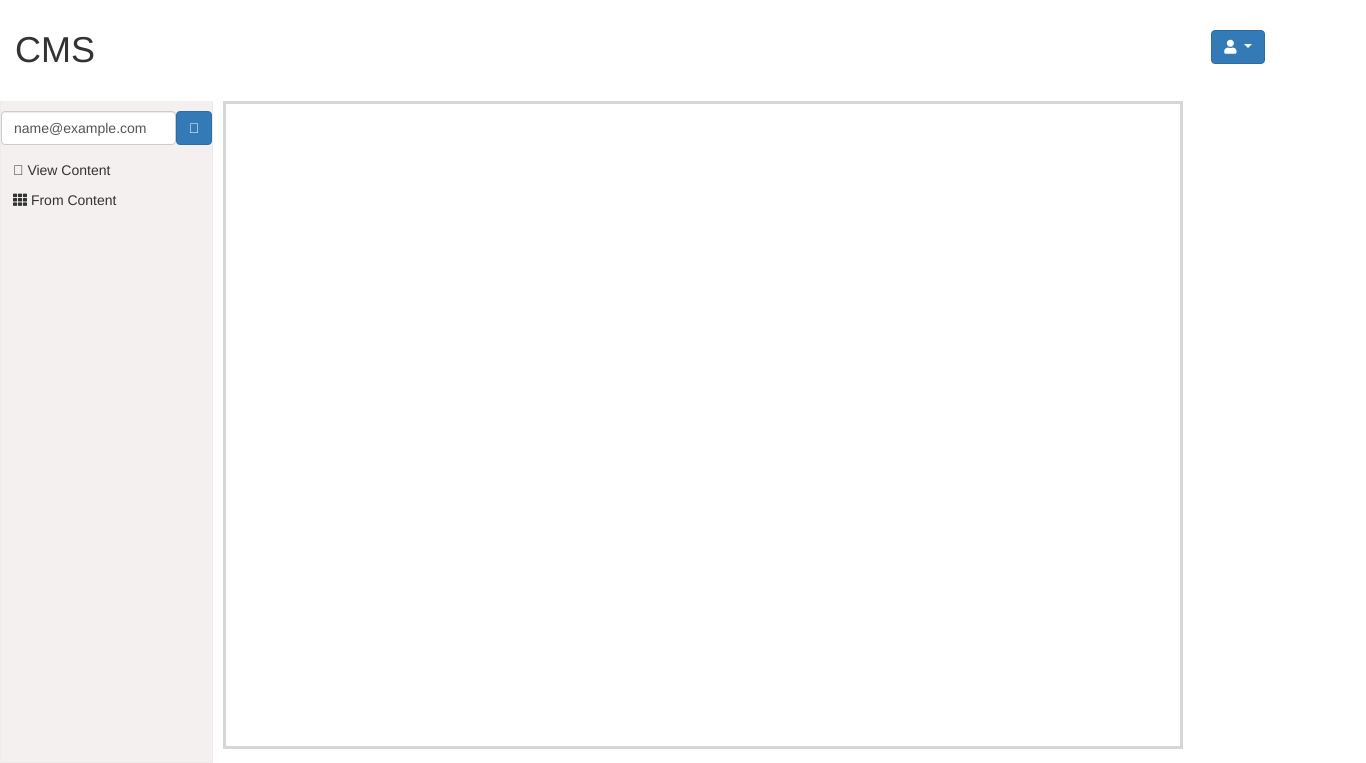
Repository: NgocNB20/travel
Page: NgocNb20_assigment8_9/view.html
An editor plug-in stored every save of this project. The page is shown before and after the next save, followed by the edit.
The browser window is 1280 px wide. The page is 1280 px wide, then 1366 px, so the pictures cover 1366 px, including what lies to the right of the window. The pictures show the whole page.
Empty fields were first filled with sample values (such as "Sample", 5 or name@example.com).
After loading, the first visible `span.nav-link` was clicked once.
Some web libraries are served in a nearby version.

Above is the page before, as saved 2021-10-12 17:51:32.

After the next save:
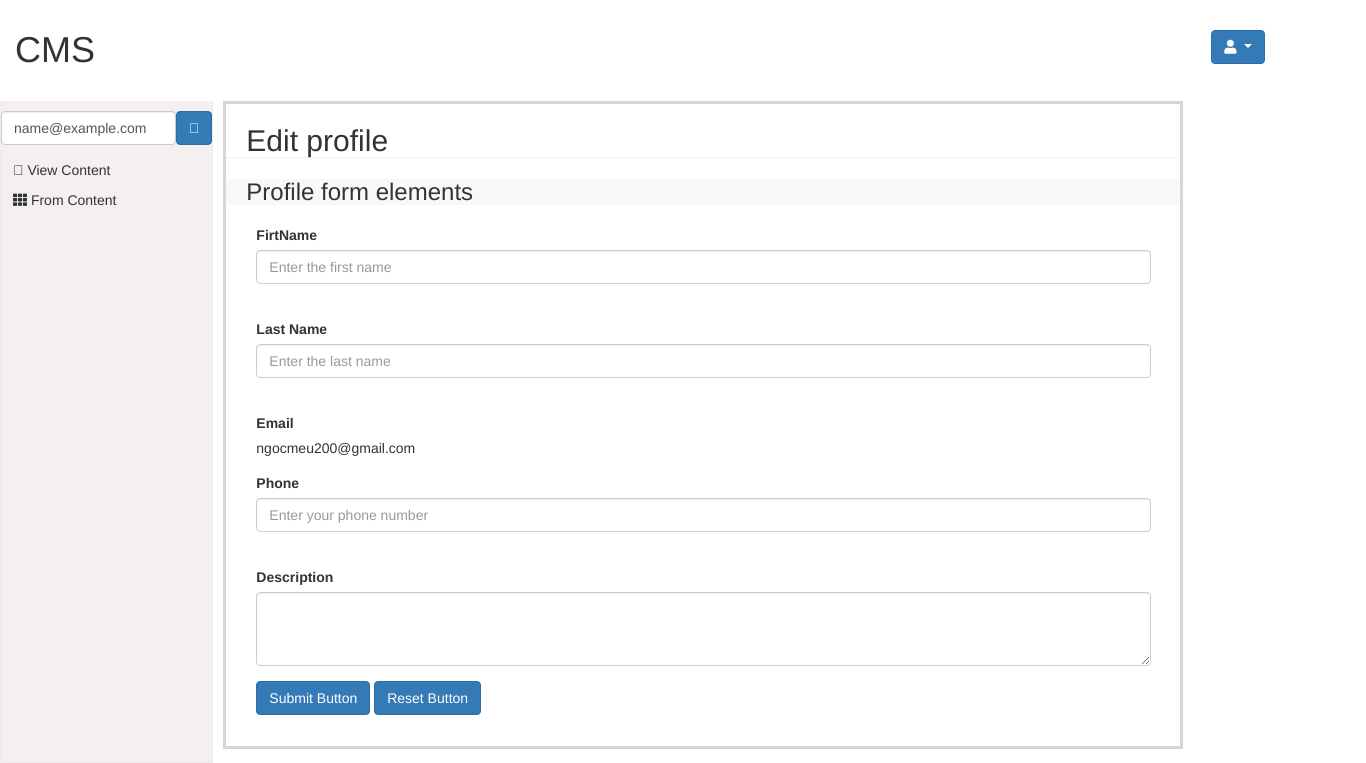
Saved 86 s later.
--- a/NgocNb20_assigment8_9/view.js
+++ b/NgocNb20_assigment8_9/view.js
@@ -11,7 +11,9 @@ var data=[
                     method: 'GET',
                     url: './edit.html'
                 }).done(function(data) {
+                    $("#show-view").html(data);
                      console.log(data);
+
                 });
     });
 
